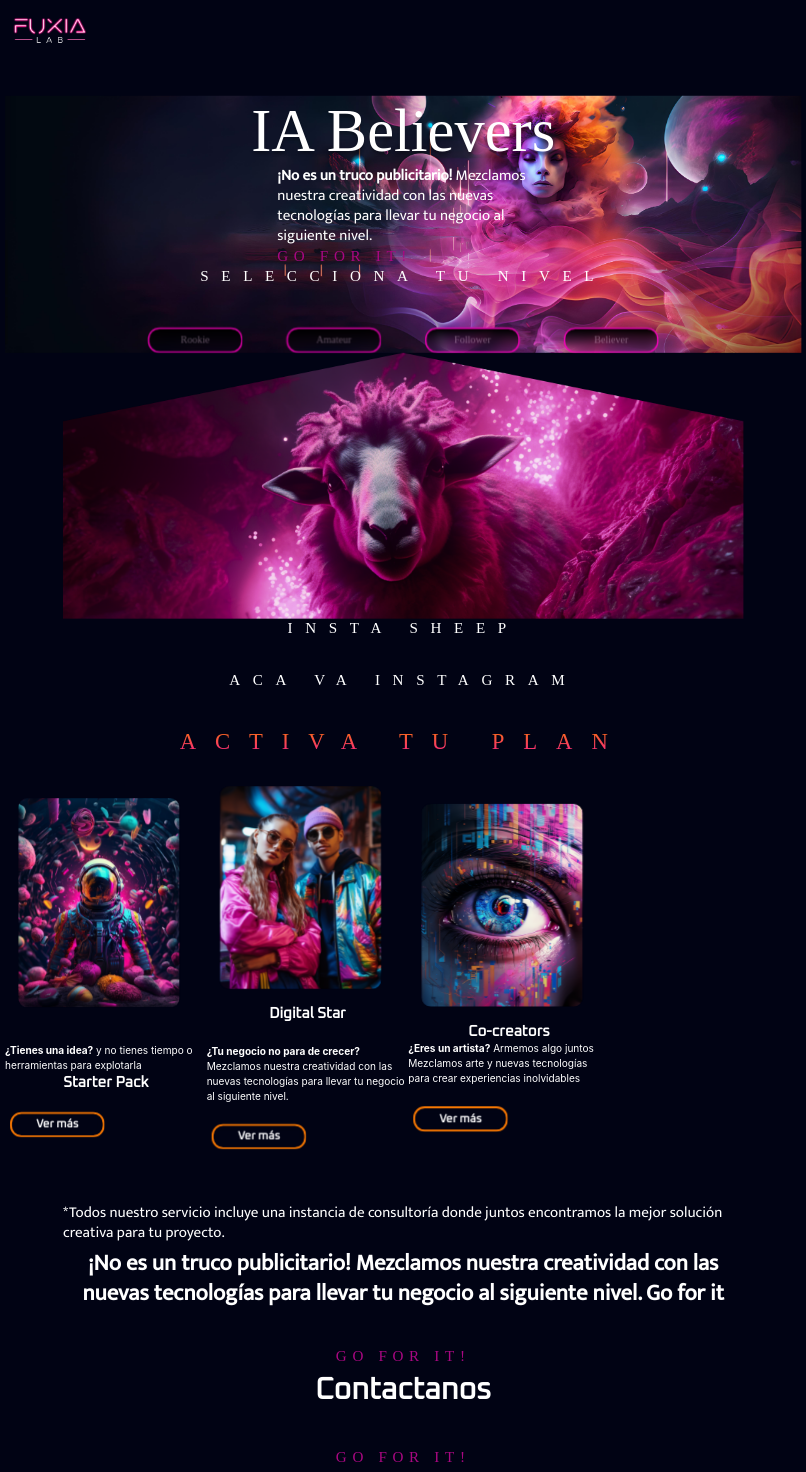
Repository: itsomosedison/tailwind-landing-page
Page: index.html
The author's editor kept a copy of each file at every save. The page is drawn from the files as they stood at one save, then again after the next save.
The browser window is 1280 px wide. The pictures show the whole page, at 63% of full size.
Some web fonts or font styles are not loaded; a fallback is used.

Above is the page before, as saved 2023-09-30 20:23:18.

### index.html
<!DOCTYPE html>
 <html lang="en" class="">
<head>
    <meta charset="UTF-8">
    <meta http-equiv="X-UA-Compatible" content="IE=edge">
    <meta name="viewport" content="width=device-width, initial-scale=1.0">
    <title>Fuxia Lab</title>
    <meta name="description" content="Creamos contenido para tu negocio. FOTOS - VIDEOS - PACKS DE IMAGENES. Tenemos packs de contenido hechos a tu medida.">
    <link href="./output.css" rel="stylesheet">
</head>
<body>
    <header>
        <nav class="fuxiaNavBar">
            <div class="flex flex-wrap justify-between items-center mx-auto max-w-screen-xl">
                <a href="https://fuxialab.com" class="flex items-center">
                    <img src="recursos/LogoFuxiaHorizontal.png" class="logo mr-3 h-6 sm:h-9" alt="FuxiaLab Logo" />
                </a>
            </div>
        </nav>
    </header>

    <div class="hero containerFuxiaHero">
        <div class="containerFuxia flex-col" style="max-width:  1080px;align-items: center;">
            <h1 class="FuxiaH1">IA Believers</h1>

            <div class="flex-row" style="max-width: 400px;">
                <h2 class="FuxiaH2"> <b>¡No es un truco publicitario!</b> Mezclamos nuestra creatividad con las nuevas tecnologías para llevar tu negocio al siguiente nivel.</h2>
                <p class="FuxiaSpecialText">GO FOR IT!</p>
            </div>
            <div class="flex-row" style="text-align: center;width:70%">
                <p class="WhiteSpecialText" style="text-align: center;">SELECCIONA TU NIVEL</p>
            </div>
            <div class="flex-col">
                    <button class="FuxiaButton">Rookie</button>
                    <button class="FuxiaButton">Amateur</button>
                    <button class="FuxiaButton">Follower</button>
                    <button class="FuxiaButton">Believer</button>
            </div>
        </div>
    </div>

    <div class="containerFuxia flex-col" style="max-width:  1080px;align-items: center;margin-top: -32px;">
        <img src="recursos/sheepHero2.png" alt="Imagen de la oveja" style="width:1920px;" />
        <p class="WhiteSpecialText" style="text-align: center;">INSTA SHEEP</p>
        <p class="WhiteSpecialText" style="text-align: center;">ACA VA INSTAGRAM</p>
    </div>

    <div class="containerFuxia flex-col" style="max-width:  1080px;align-items: center;">
        <p class="GradienteSpecialText" style="text-align: center;">ACTIVA TU PLAN</p>
    </div>

    <div class="containerFuxiaCards flex-row" style="max-width:  1080px;align-items: center;">
                <div class="cardContainer">
                    <a href="https://api.whatsapp.com/send/?phone=5401138519899&text=Hola%21+vi+tu+anuncio+en+la+web+y+estoy+interesado+en+un+Starter+Pack" target="_blank" class="fuxiaCard">
                        <img class="cardImg" src="recursos/start.png" alt="Imagen de la oveja" />
                    </a>
                    <p class="mt-8"><b>¿Tienes una idea?</b> y no tienes tiempo o herramientas para explotarla</p>
                    <h1 class="cardH1">Starter Pack</h1>
                    <br>
                    <button class="gradientButton">Ver más</button>
                </div>

                <div class="cardContainer">
                    <a href="https://api.whatsapp.com/send/?phone=5401138519899&text=Hola%21+vi+tu+anuncio+en+la+web+y+estoy+interesado+en+ser+un+Digital+Star" target="_blank" class="fuxiaCard">
                        <img class="cardImg" src="recursos/star.png" alt="Imagen de la oveja" />

                    </a>
                    <h1 class="cardH1">Digital Star</h1>
                    <p class="mt-8"> <b>¿Tu negocio no para de crecer?</b> Mezclamos nuestra creatividad con las nuevas tecnologías para llevar tu negocio al siguiente nivel.</p>
                    <br>
                    <button class="gradientButton">Ver más</button>
                </div>


                <div class="cardContainer">
                    <a href="https://api.whatsapp.com/send/?phone=5401138519899&text=Hola%21+vi+tu+anuncio+en+la+web+y+estoy+interesado+en+co+crear+un+proyecto+jun" target="_blank" class="fuxiaCard">
                        <img class="cardImg" src="recursos/cocrea.png" alt="Imagen de la oveja" />
                    </a>
                    <h1 class="cardH1">Co-creators</h1>
                    <p class=""><b>¿Eres un artista?</b> Armemos algo juntos</p> Mezclamos arte y nuevas tecnologías para crear experiencias inolvidables</p>
                    <br>
                    <button class="gradientButton">Ver más</button>
                </div>
            </div>
            </div>
        </section>
    </div>

        <div class="containerFuxia flex-row" style="max-width:  1080px;align-items: center;">
                    <p class="FuxiaH2">*Todos nuestro servicio incluye una instancia de consultoría donde juntos encontramos la mejor solución creativa para tu proyecto.</p>
        </div>

        <div class="containerFuxia flex-row" style="max-width:  1080px;align-items: center;">

                <p class="quoteText">¡No es un truco publicitario! Mezclamos nuestra creatividad con las nuevas tecnologías para llevar tu negocio al siguiente nivel. Go for it</p>
                <p class="FuxiaSpecialText" style="margin-top:60px">GO FOR IT!</p>
        </div>

        <div class="containerFuxia flex-row" style="max-width:  1080px;align-items: center;">
                <p class="contactenosH1">Contactanos</p>
                <p class="FuxiaSpecialText" style="margin-top:60px">GO FOR IT!</p>
        </div>

</body>
</html>

Loaded but not shown: output.css (2741 lines, source omitted)

After the next save:
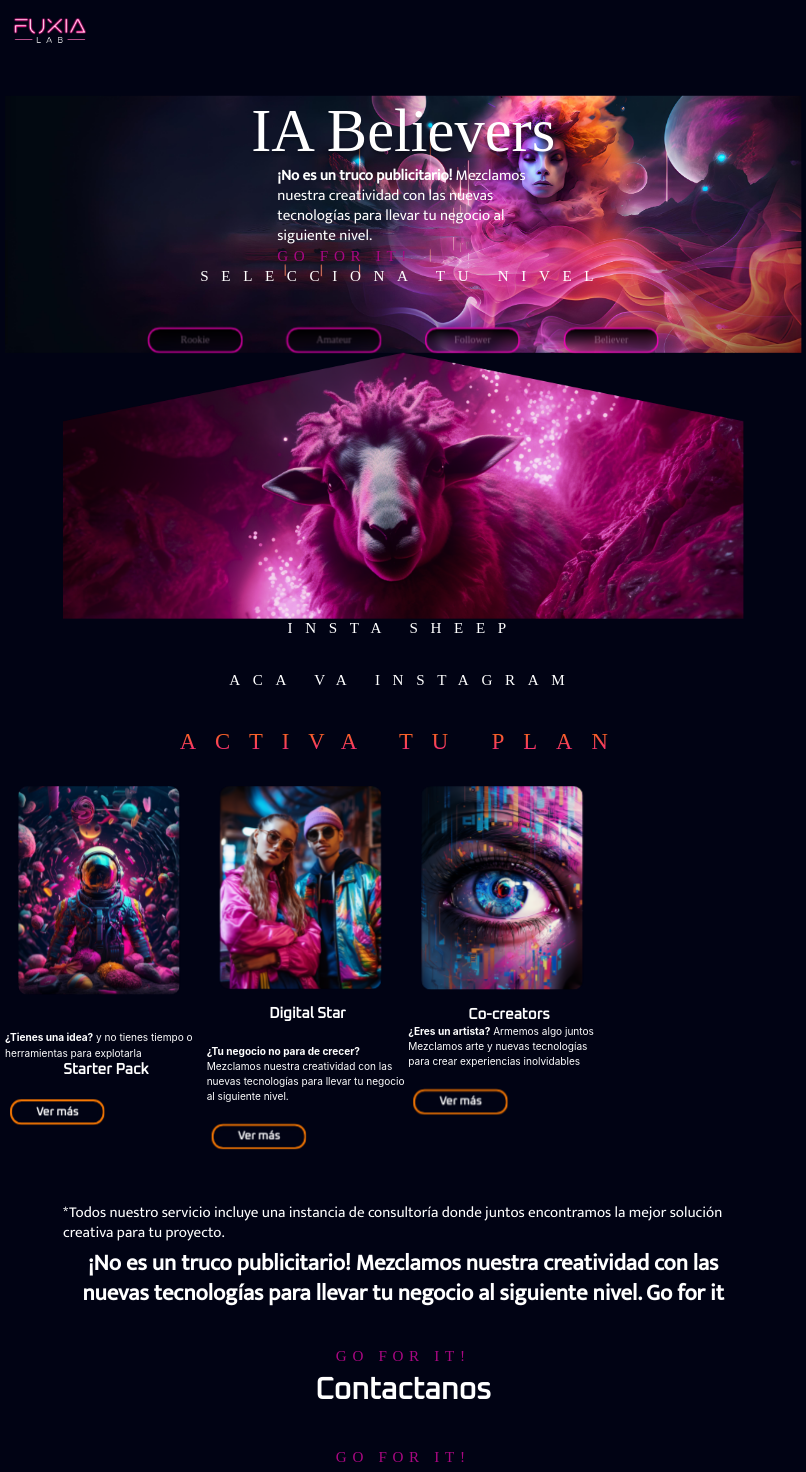
Saved 84 s later.
--- a/index.html
+++ b/index.html
@@ -49,7 +49,7 @@
         <p class="GradienteSpecialText" style="text-align: center;">ACTIVA TU PLAN</p>
     </div>
 
-    <div class="containerFuxiaCards flex-row" style="max-width:  1080px;align-items: center;">
+    <div class="containerFuxiaCards flex-row">
                 <div class="cardContainer">
                     <a href="https://api.whatsapp.com/send/?phone=5401138519899&text=Hola%21+vi+tu+anuncio+en+la+web+y+estoy+interesado+en+un+Starter+Pack" target="_blank" class="fuxiaCard">
                         <img class="cardImg" src="recursos/start.png" alt="Imagen de la oveja" />
